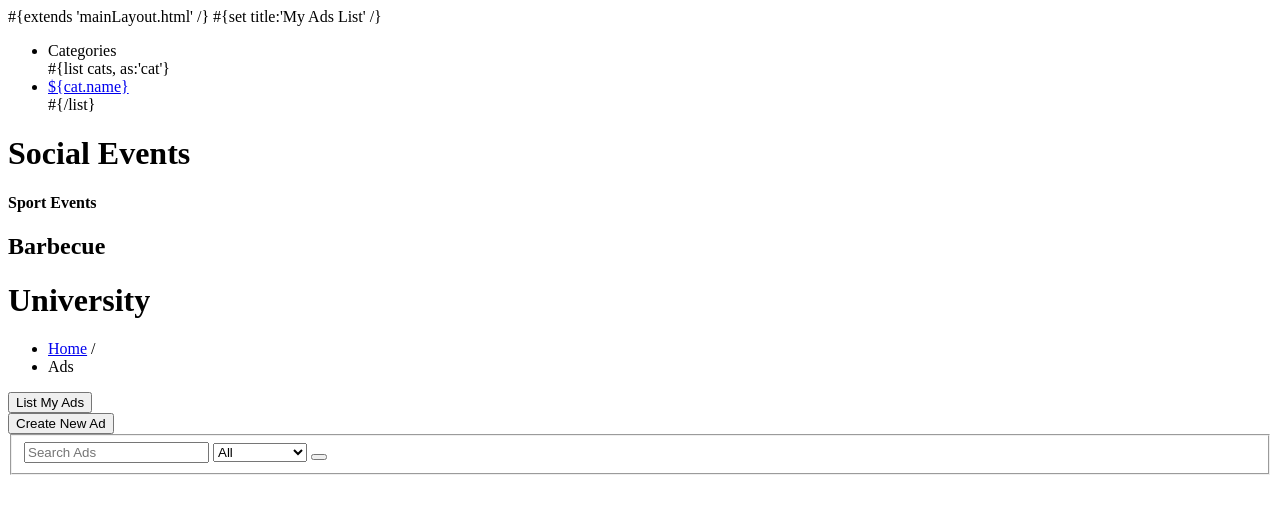
Repository: Maalejm/SEBA
Page: SlifeWebSite/app/views/Ads/index.html
These files come from the project's save history. The page is drawn as it stood at one moment and after the next save; the edit follows.
The browser window is 1280 px wide. The pictures show the whole page.

Above is the page before, as saved 2013-06-15 16:40:48.
Console error: SyntaxError: Invalid or unexpected token

### SlifeWebSite/app/views/Ads/index.html
#{extends 'mainLayout.html' /}
#{set title:'My Ads List' /}




<div class="container-fluid">
            <div class="row-fluid">
                <div class="span2">

                    <ul class="nav nav-list">
                        <li class="nav-header">Categories</li>

                        #{list cats, as:'cat'}
                         <li
                         %{ if(cat.id==1) { }%
                          class="active"
                         %{ } }%
                         ><a class="catNav" href="${cat.id}">${cat.name}</a></li>
                        #{/list}

                    </ul>

                    <div>
                    <h1><a>Social Events</a></h1><h4><a>Sport Events</a></h4><h2><a>Barbecue</a></h2><h1><a>University</a></h1><h1>
                    </div>
                    <!--Sidebar content-->
                </div>
                <div class="span10">
                    <ul class="breadcrumb">
                        <li><a href="#">Home</a> <span class="divider">/</span></li>
                        <li class="active">Ads</li>
                    </ul>

                    <div class="btn-group">
                        <button class="btn">List My Ads</button>
                    </div>

                    <div class="btn-group">
                        <button class="btn">Create New Ad</button>
                    </div>

                    <div class="span10 searchForm">

                            <fieldset>

                                <input name="search" class="span7" type="text" id="search"  placeholder="Search Ads" >
                                    <select id="category" class="span3">
                                        <option value="0">All</option>

                                        #{list cats, as:'cat'}
                                        <option value="${cat.id}">${cat.name}</option>
                                        #{/list}
                                    </select>

                                    <button type="submit" class="btn btn-primary"> <i class="icon-search icon-white"></i></button>
                           </fieldset>

                    </div>

                    <div  id="result">





           </div>



                    <!--Body content-->
                </div>
            </div>
        </div>





<script type="text/javascript" charset="${_response_encoding}">

    // Rebuild state

    $('#search').val(sessvars.search)
    //if(sessvars.page == undefined) {
        sessvars.page = 1
    //}

    //if(sessvars.firstPage == undefined) {
        sessvars.firstPage = 1
    //}

    //if(sessvars.lastPage == undefined) {
        sessvars.lastPage = 10
    //}


    // Search function
    var search = function() {


        loadData($('#search').val(),$('#category').val(),10)

    }

    var loadData=function(search,category,size){

    	sessvars.search = search
        sessvars.category = category
        sessvars.size =size //$('#size').val()
        var listAction = #{jsAction @list(':search',':category', ':size', ':page',':firstPage',':lastPage') /}
        $('#result').load(listAction({search: sessvars.search,category :sessvars.category , size: sessvars.size, page: sessvars.page
        	, firstPage: sessvars.firstPage, lastPage: sessvars.lastPage}), function() {


        })

    }

    // Events handler
    $('#submit').click(function() {
        sessvars.page = 1

        search()
    })
    $('#search').keyup(function() {
        sessvars.page = 1

        search()
    })

    $('#category').change(function() {
        sessvars.page = 1

        search()
    })


    $('#nextPage').live('click', function(e) {

    	pageinfo= $(this).attr('href').split(';');
    	sessvars.page =pageinfo[0]
        sessvars.firstPage=pageinfo[1]
        sessvars.lastPage=pageinfo[2]

        e.preventDefault()
        search()
    })

    $('#prePage').live('click', function(e) {
    	pageinfo= $(this).attr('href').split(';');
    	sessvars.page =pageinfo[0]
        sessvars.firstPage=pageinfo[1]
        sessvars.lastPage=pageinfo[2]

        e.preventDefault()
        search()
    })

    $('.pagebtn').live('click', function(e) {

    	pageinfo= $(this).attr('href').split(';');
    	sessvars.page =pageinfo[0]
        sessvars.firstPage=pageinfo[1]
        sessvars.lastPage=pageinfo[2]
        e.preventDefault()
        search()
    })


    $('.catNav').live('click', function(e) {



    	sessvars.page =1
        sessvars.firstPage=1
        sessvars.lastPage=10
        $('#search').val("")
        $('.catNav').parent().removeClass('active');
        $(this).parent().addClass('active');
    	e.preventDefault()

       loadData("",$(this).attr('href'),10)
    })

    // Init
    if(sessvars.search != undefined) {
        search()

    }

</script>

After the next save:
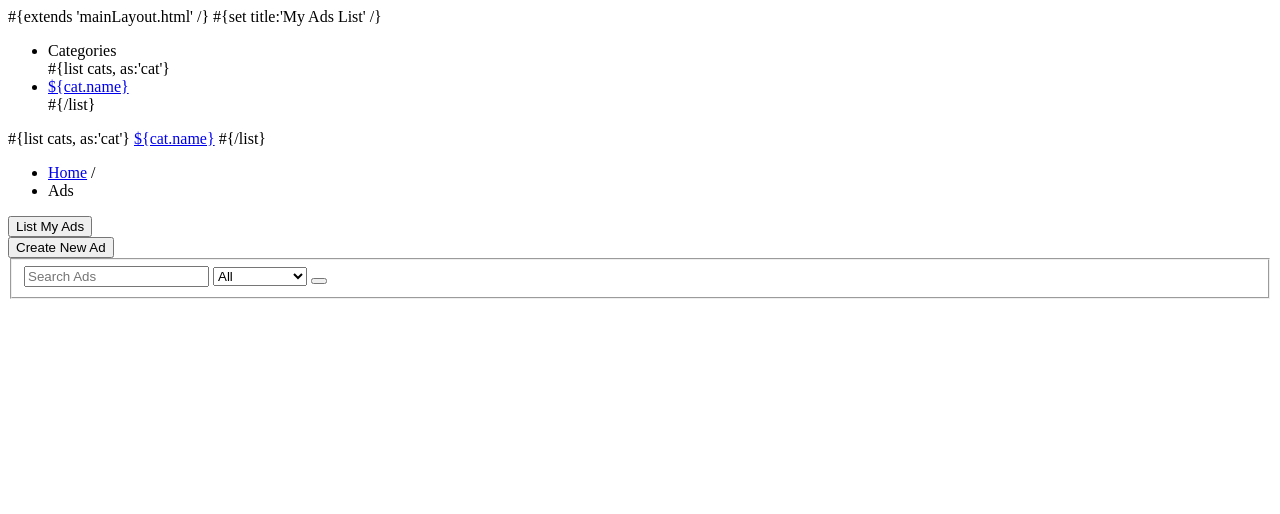
Saved 5 min 39 s later.
--- a/SlifeWebSite/app/views/Ads/index.html
+++ b/SlifeWebSite/app/views/Ads/index.html
@@ -22,7 +22,12 @@
                     </ul>
 
                     <div>
-                    <h1><a>Social Events</a></h1><h4><a>Sport Events</a></h4><h2><a>Barbecue</a></h2><h1><a>University</a></h1><h1>
+
+                      #{list cats, as:'cat'}
+                         <span><a class="catNav" href="${cat.id}">${cat.name}</a></span>
+                     #{/list}
+
+
                     </div>
                     <!--Sidebar content-->
                 </div>
